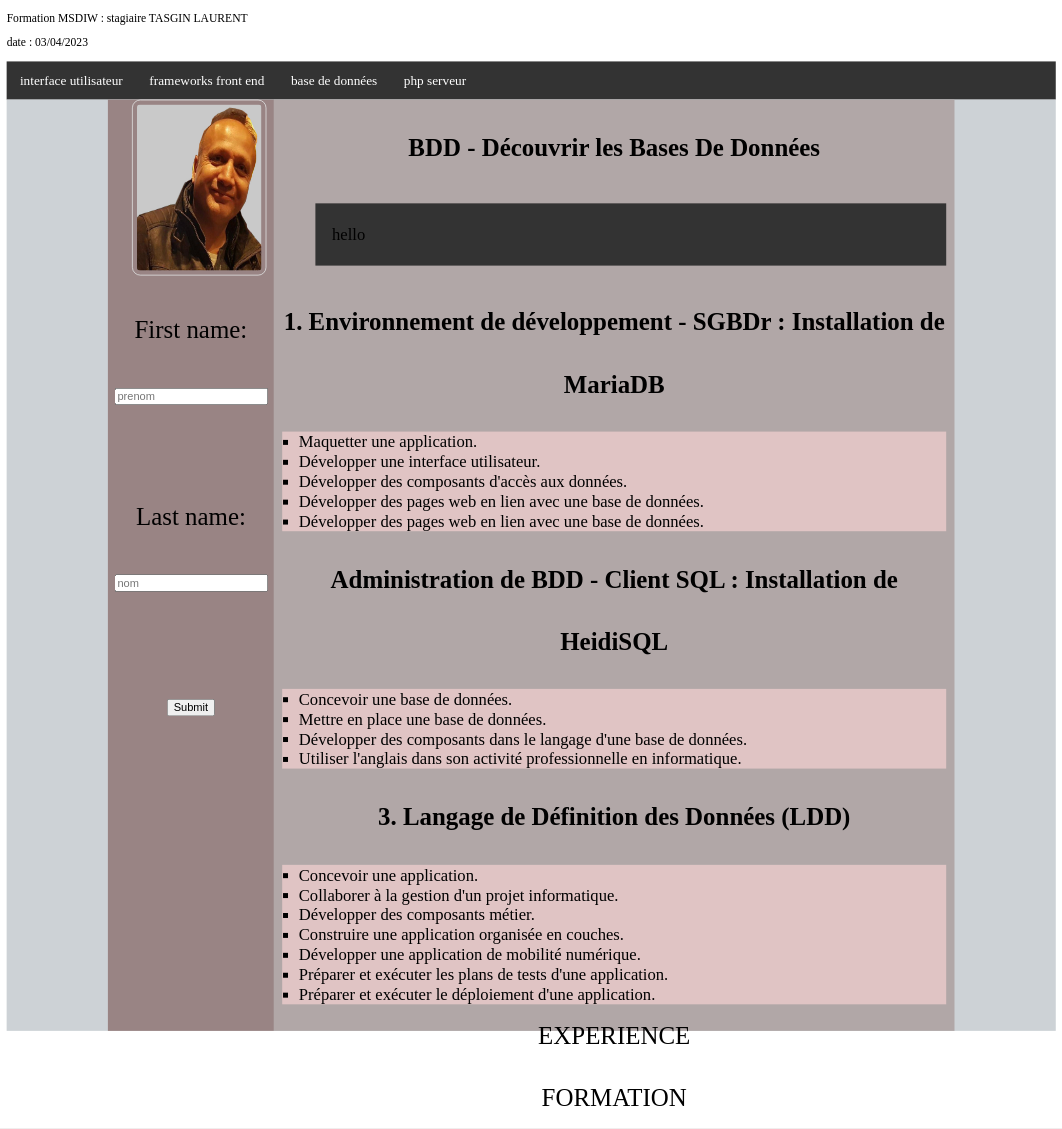
Repository: laurentbul/ApplicationEssai
Page: exercice/ex1/stagiaire_laurent/BACK/BDD/SQL/bdd1_alimenter.html
An editor plug-in stored every save of this project. The page is shown before and after the next save, followed by the edit.
The browser window is 1280 px wide. The pictures show the whole page, at 83% of full size.

Above is the page before, as saved 2023-04-06 05:45:15.

After the next save:
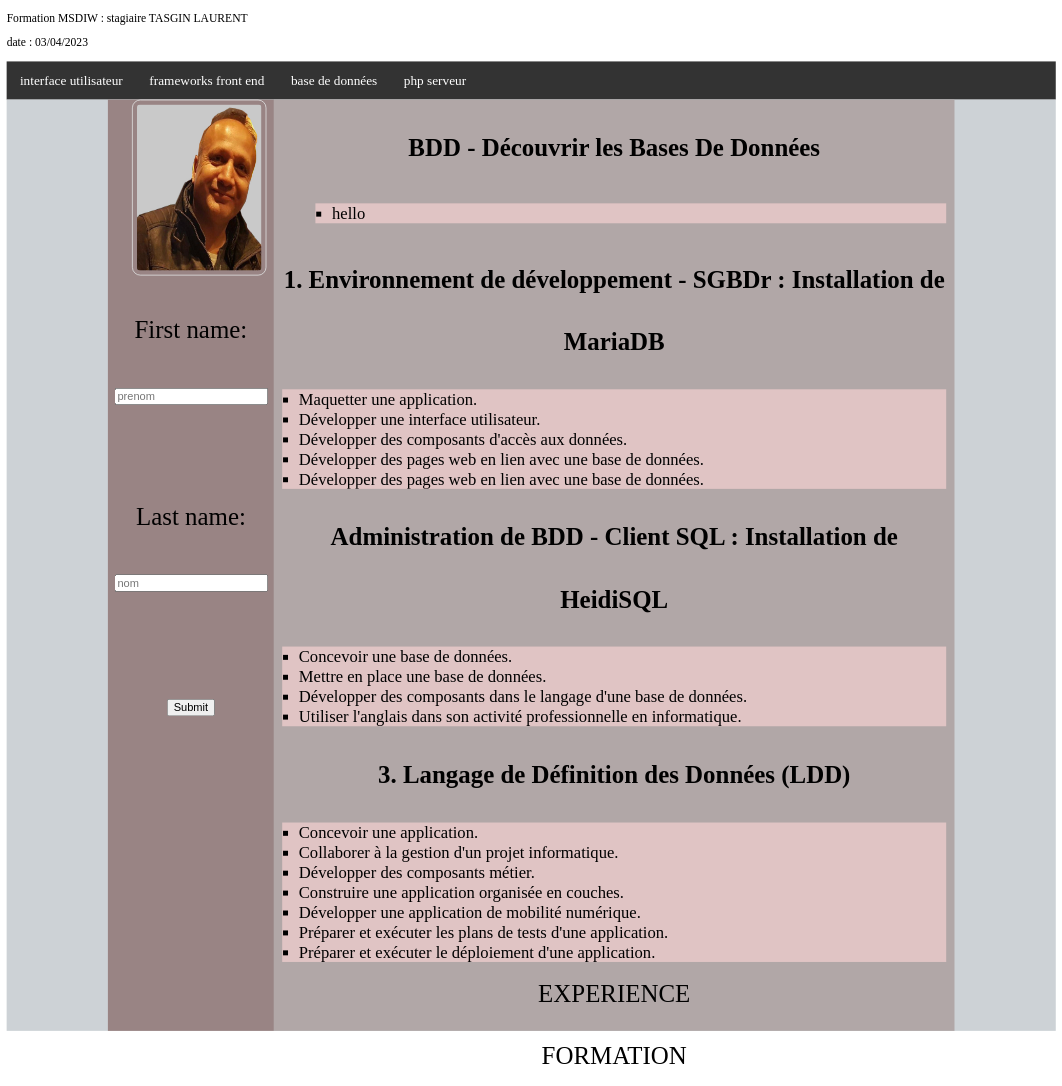
Saved 37 s later.
--- a/exercice/ex1/stagiaire_laurent/BACK/BDD/SQL/bdd1_alimenter.html
+++ b/exercice/ex1/stagiaire_laurent/BACK/BDD/SQL/bdd1_alimenter.html
@@ -40,7 +40,7 @@
     <div class="div_droite">
       <div>
         <h1>BDD - Découvrir les Bases De Données</h1>
-        <ol><ul><li class="competence" >hello</li></ul></ol>
+        <ol><ul class="paragraphe"><li class="competence" >hello</li></ul></ol>
         <h1 class="titre">1. Environnement de développement - SGBDr : Installation de MariaDB</h1>
         <ul class="paragraphe" >
           <li class="competence"> Maquetter une application.</li>
